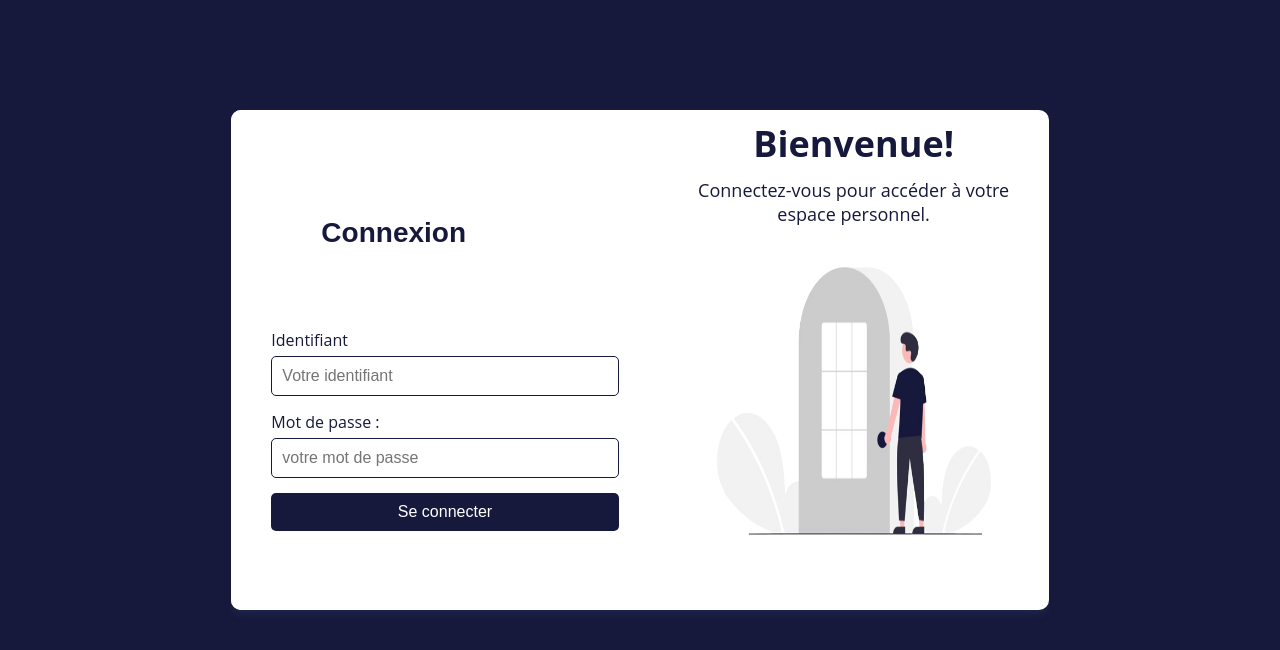
Repository: ndiawar/ProjetGab
Page: home.html
These files come from the project's save history. The page is drawn as it stood at one moment and after the next save; the edit follows.
The browser window is 1280 px wide. The pictures show the whole page.

Above is the page before, as saved 2024-08-07 19:55:37.

After the next save:
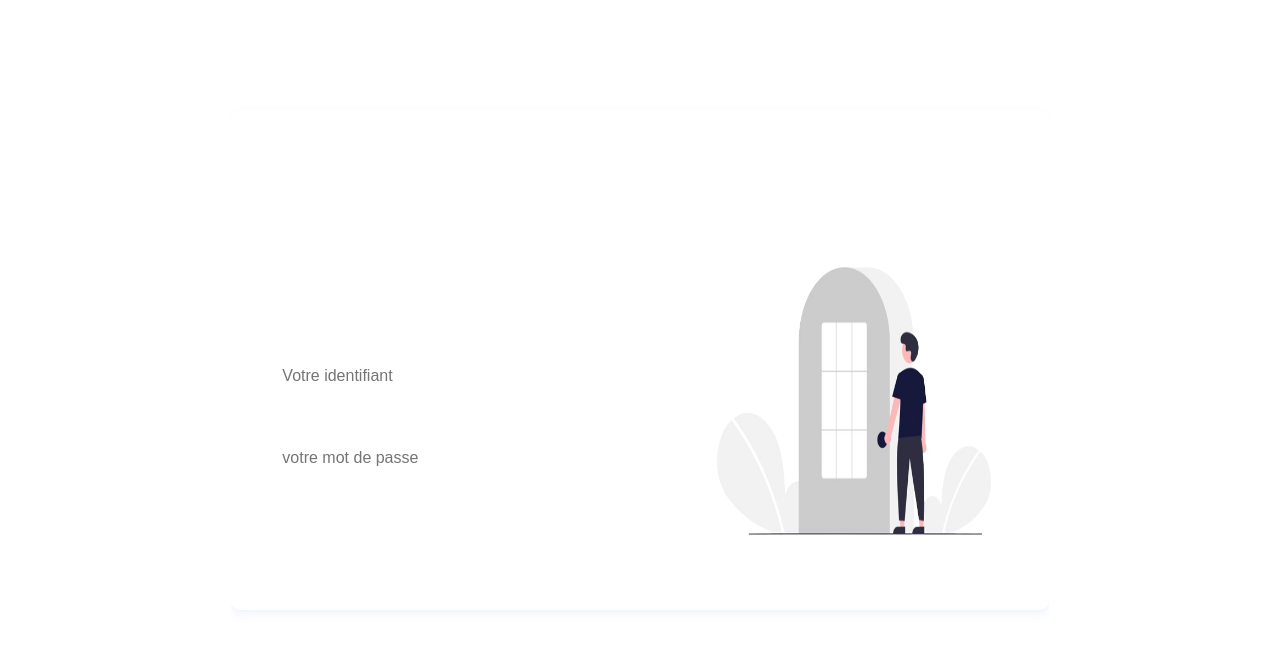
Saved 2 h 45 min later.
--- a/style.css
+++ b/style.css
@@ -6,7 +6,7 @@
     --blue-sky-4: #7FB2F0; /* Bleu clair */
     --blue-sky-5: #ADD5F7; /* Bleu très clair */
     --Noir-6: #000000; /* Noir */
-    --white-7: #ffffff;
+    --blue-sky-1: #ffffff; /* Blanc */
 
     /* Utilisation des couleurs pour différents éléments */
     --color-title: var(--blue-sky-1); /* Couleur pour les titres */
@@ -16,7 +16,7 @@
     --color-backgroundFoncé: var(--blue-sky-1); /* Couleur de fond foncée */
     --color-background: var(--blue-sky-5); /* Couleur de fond général */
     --color-text: var(--Noir-6); /* Couleur pour le texte de fond */
-    --color-white: var(--white-7); /* Couleur blanche pour le texte de fond d'une balise */
+    --color-white: var(--blue-sky-1); /* Couleur blanche pour le texte de fond d'une balise */
 
     /* Polices */
     --font-title: 'Montserrat', sans-serif;
@@ -42,6 +42,7 @@
 * {
   box-sizing: border-box;
 }
+
 /* Style global pour le corps de la page */
 body, html {
     margin: 0;
@@ -166,7 +167,7 @@ button:hover {
     box-shadow: 0 4px 8px rgba(101, 150, 214, 0.1); /* Utilisez le même box-shadow que .login-container */
     padding: 40px; /* Assurez-vous que le padding est le même pour le confort */
     max-width: 900px; /* Assurez-vous qu'il correspond à max-width de .login-container */
-    height: 400px; /* Assurez-vous qu'il correspond à height de .login-container */
+    height: 500px; /* Assurez-vous qu'il correspond à height de .login-container */
     width: 100%;
     margin: 0 auto; /* Centrer le conteneur */
 }
@@ -199,8 +200,7 @@ p.welcome-message {
 }
 
 .button:hover {
-    background-color: var(--color-border);
-    /* Utilisez une couleur hexadécimale directe */
+    background-color: #35478c; /* Utilisez une couleur hexadécimale directe */
 }
 
 .button.retrait,
